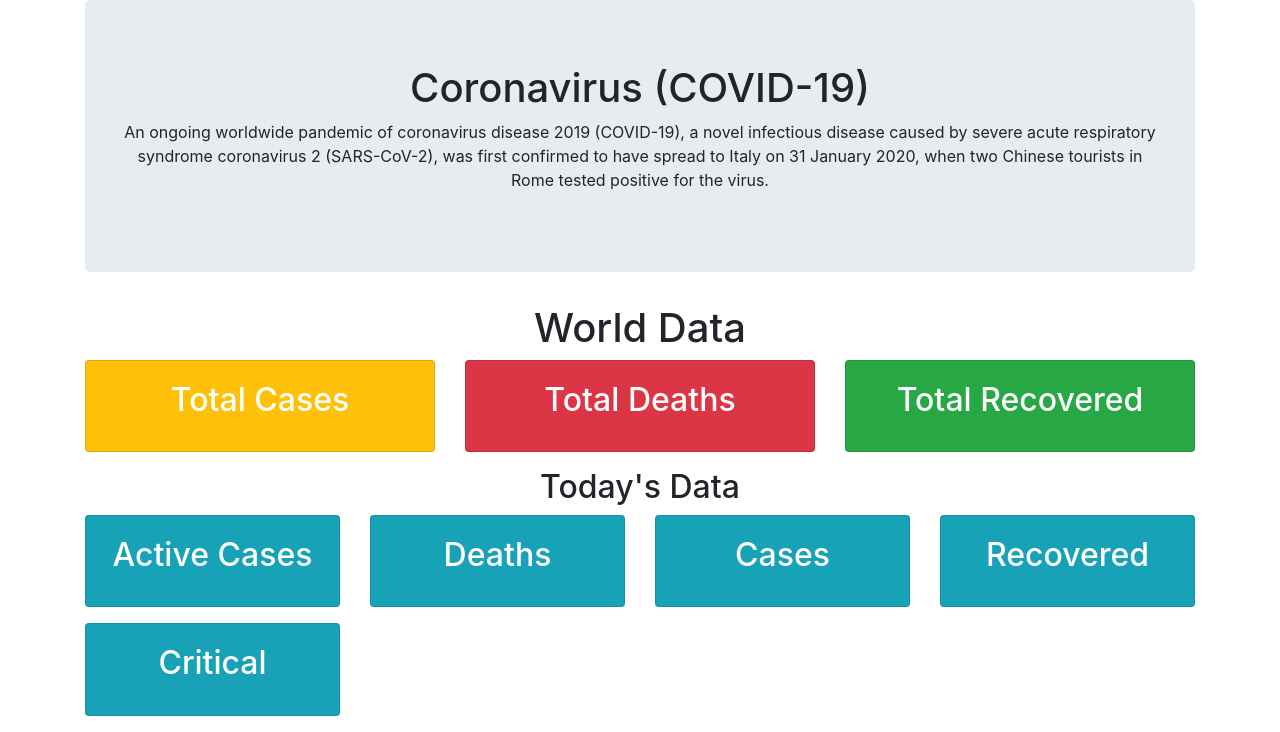
Repository: ahmadsaadkhan/react-covid-app
Page: /
The author's editor kept a copy of each file at every save. The page is drawn from the files as they stood at one save, then again after the next save.
The browser window is 1280 px wide. The pictures show the whole page.
The page's requests for data from a server got no answer. The project was rebuilt for these pictures with package versions that can differ from the ones it lists, and the page was loaded fresh each time. No one was signed in, and anything a server would have sent is missing.

Above is the page before, as saved 2021-04-19 16:04:31.

### public/index.html
<!DOCTYPE html>
<html lang="en">

<head>
    <meta charset="utf-8" />
    <link rel="icon" href="%PUBLIC_URL%/favicon.ico" />
    <meta name="viewport" content="width=device-width, initial-scale=1" />
    <meta name="theme-color" content="#000000" />
    <meta name="description" content="Web site created using create-react-app" />
    <link rel="apple-touch-icon" href="%PUBLIC_URL%/logo192.png" />
    <!--
      manifest.json provides metadata used when your web app is installed on a
      user's mobile device or desktop. See https://developers.google.com/web/fundamentals/web-app-manifest/
    -->
    <link rel="manifest" href="%PUBLIC_URL%/manifest.json" />
    <link rel="stylesheet" href="https://cdn.jsdelivr.net/npm/bootstrap@4.6.0/dist/css/bootstrap.min.css" integrity="sha384-B0vP5xmATw1+K9KRQjQERJvTumQW0nPEzvF6L/Z6nronJ3oUOFUFpCjEUQouq2+l" crossorigin="anonymous" />
    <!--
      Notice the use of %PUBLIC_URL% in the tags above.
      It will be replaced with the URL of the `public` folder during the build.
      Only files inside the `public` folder can be referenced from the HTML.

      Unlike "/favicon.ico" or "favicon.ico", "%PUBLIC_URL%/favicon.ico" will
      work correctly both with client-side routing and a non-root public URL.
      Learn how to configure a non-root public URL by running `npm run build`.
    -->
    <title>React App</title>
</head>

<body>
    <noscript>You need to enable JavaScript to run this app.</noscript>
    <div id="root"></div>
    <!--
      This HTML file is a template.
      If you open it directly in the browser, you will see an empty page.

      You can add webfonts, meta tags, or analytics to this file.
      The build step will place the bundled scripts into the <body> tag.

      To begin the development, run `npm start` or `yarn start`.
      To create a production bundle, use `npm run build` or `yarn build`.
    -->
</body>

</html>

### src/App.js
import './App.css';
import { useState } from 'react';
import { useEffect } from 'react';

function App() {

  const [Covid_Data, setCovid_Data] = useState(null);

  const getData = () => {
    fetch("https://vaccovid-coronavirus-vaccine-and-treatment-tracker.p.rapidapi.com/api/npm-covid-data/world", {
      "method": "GET",
      "headers": {
        "x-rapidapi-key": "3d33dc1e13mshc5f97558480723fp15e23bjsnc1db1b7183da",
        "x-rapidapi-host": "vaccovid-coronavirus-vaccine-and-treatment-tracker.p.rapidapi.com"
      }
    })
      .then(response => {
        return response.json();
      })
      .then(data => {
        console.log(data);
        setCovid_Data(data);
      })
      .catch(err => {
        console.error(err);
      });


  }

  useEffect(() => {
    getData()
  }, [])

  return (
    <div className="App">
      <div className="container">
        <div className="jumbotron text-center">
          <h1>Coronavirus (COVID-19)</h1>
          <p>An ongoing worldwide pandemic of coronavirus disease 2019 (COVID-19), a novel infectious disease caused by severe acute respiratory syndrome coronavirus 2 (SARS-CoV-2), was first confirmed to have spread to Italy on 31 January 2020, when two Chinese tourists in Rome tested positive for the virus.</p>
        </div>
        <h1>World Data</h1>
        <div className="row">
          <div className="col-md-4">
            <div className="card text-white bg-warning mb-3">
              <div className="card-body">
                <h2 className="card-title"> Total Cases</h2>
                <p className="card-text h3">{Covid_Data && Covid_Data[0].TotalCases}</p>
              </div>
            </div>
          </div>
          <div className="col-md-4">
            <div className="card text-white bg-danger mb-3">
              <div className="card-body">
                <h2 className="card-title"> Total Deaths</h2>
                <p className="card-text h3">{Covid_Data && Covid_Data[0].TotalDeaths}</p>
              </div>
            </div>
          </div>
          <div className="col-md-4">
            <div className="card text-white bg-success mb-3">
              <div className="card-body">
                <h2 className="card-title"> Total Recovered</h2>
                <p className="card-text h3">{Covid_Data && Covid_Data[0].TotalRecovered}</p>
              </div>
            </div>
          </div>
        </div>

        <h2>Today's Data</h2>
        <div className="row">

          <div className="col-md-3">
            <div className="card text-white bg-info mb-3">
              <div className="card-body">
                <h2 className="card-title"> Active Cases</h2>
                <p className="card-text h3">{Covid_Data && Covid_Data[0].ActiveCases}</p>
              </div>
            </div>
          </div>

          <div className="col-md-3">
            <div className="card text-white bg-info mb-3">
              <div className="card-body">
                <h2 className="card-title">Deaths</h2>
                <p className="card-text h3">{Covid_Data && Covid_Data[0].NewDeaths}</p>
              </div>
            </div>
          </div>

          <div className="col-md-3">
            <div className="card text-white bg-info mb-3">
              <div className="card-body">
                <h2 className="card-title">Cases</h2>
                <p className="card-text h3">{Covid_Data && Covid_Data[0].NewCases}</p>
              </div>
            </div>
          </div>

          <div className="col-md-3">
            <div className="card text-white bg-info mb-3">
              <div className="card-body">
                <h2 className="card-title">Recovered</h2>
                <p className="card-text h3">{Covid_Data && Covid_Data[0].NewRecovered}</p>
              </div>
            </div>
          </div>

          <div className="col-md-3">
            <div className="card text-white bg-info mb-3">
              <div className="card-body">
                <h2 className="card-title">Critical</h2>
                <p className="card-text h3">{Covid_Data && Covid_Data[0].Serious_Critical}</p>
              </div>
            </div>
          </div>

        </div>

      </div>
    </div>
  );
}

export default App;

Loaded but not shown: src/index.js (common file); src/index.css (common file); src/App.css (common file)

After the next save:
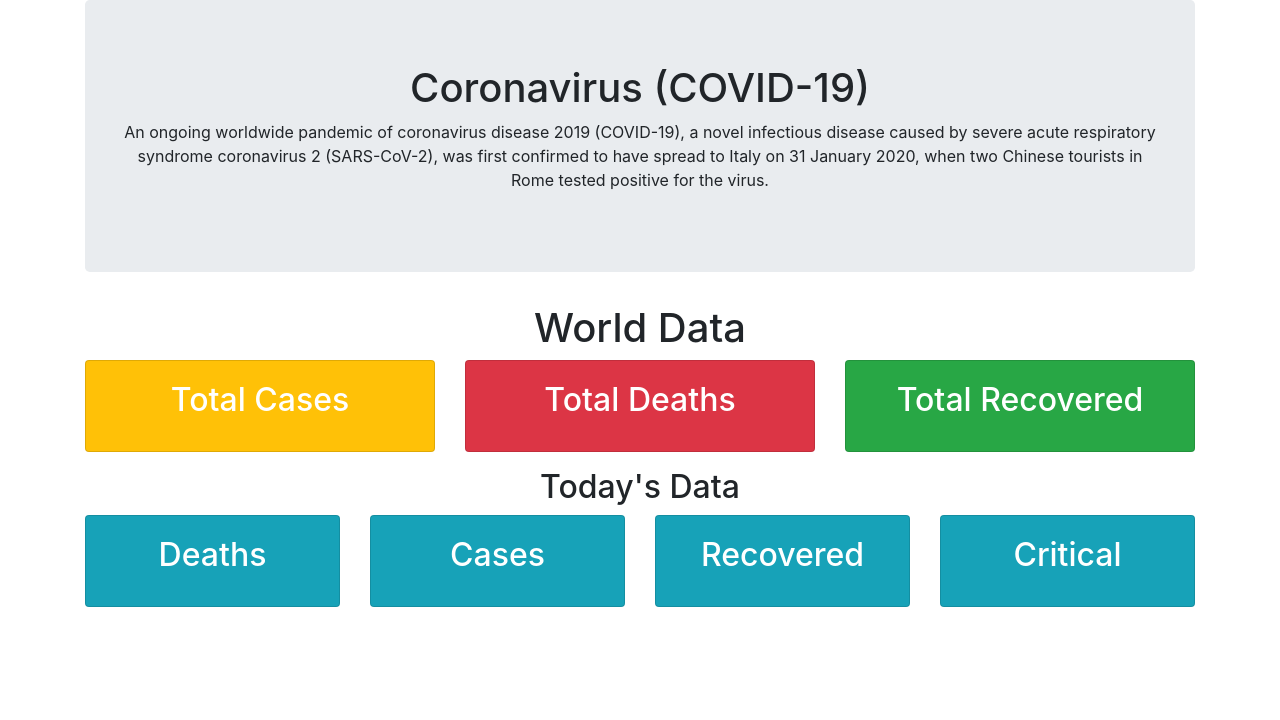
Saved 13 s later.
--- a/src/App.js
+++ b/src/App.js
@@ -69,16 +69,6 @@ function App() {
 
         <h2>Today's Data</h2>
         <div className="row">
-
-          <div className="col-md-3">
-            <div className="card text-white bg-info mb-3">
-              <div className="card-body">
-                <h2 className="card-title"> Active Cases</h2>
-                <p className="card-text h3">{Covid_Data && Covid_Data[0].ActiveCases}</p>
-              </div>
-            </div>
-          </div>
-
           <div className="col-md-3">
             <div className="card text-white bg-info mb-3">
               <div className="card-body">
